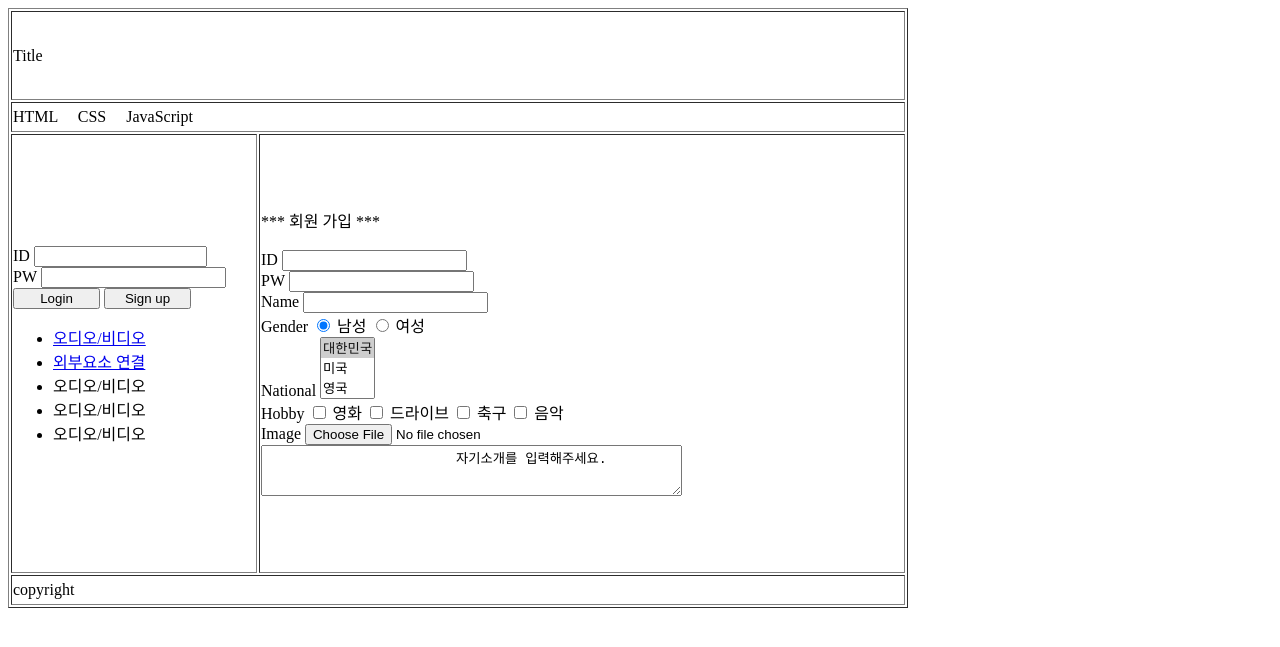
Repository: Hwangjiwon/MultiCampus
Page: http://localhost/2Study/jsp/member_insert.jsp
An editor plug-in stored every save of this project. The page is shown before and after the next save, followed by the edit.
The browser window is 1280 px wide. The pictures show the whole page.
The page is served by Tomcat 9. Other server files are loaded and not shown.

Above is the page before, as saved 2019-05-31 02:28:58.

### 2Study/WebContent/jsp/member_insert.jsp
<%@ page language="java" contentType="text/html; charset=UTF-8"
	pageEncoding="UTF-8"%>

<jsp:include page="header.jsp"></jsp:include>
<jsp:include page="side.jsp"></jsp:include>
<td>

	*** 회원 가입 *** <br> <br>

	<form action = "/2Study/Main?sign=member_insert" method="get">
		ID <input type = "text" name = "id" > <br>
		PW <input type = "text" name = "pw" > <br>
		Name <input type = "text" name = "name"> <br>
		Gender <input type = "radio" name = gender" value = "male" checked /> 남성
			<input type = "radio" name = gender" value = "female" /> 여성 <br>
		National <select name ="country" size="3">
					<option value = "Korea" selected> 대한민국 </option>
					<option value = "USA"> 미국 </option>
					<option value = "UK"> 영국 </option>
					<option value = "Japan"> 일본 </option>
					<option value = "China"> 중국 </option>
				</select> <br>
		Hobby <input type ="checkbox" name = "hobby" value = "movie" /> 영화
			<input type ="checkbox" name = "hobby" value = "drive" /> 드라이브
			<input type ="checkbox" name = "hobby" value = "soccer" /> 축구
			<input type ="checkbox" name = "hobby" value = "music" /> 음악 <br>
		Image <input type = "file" name = "filename" > <br>
		<textarea rows = "3" cols ="50" name ="memo">
			자기소개를 입력해주세요.
		</textarea>

	</form>
</td>
</tr>

<jsp:include page="copyright.jsp"></jsp:include>

### 2Study/WebContent/jsp/header.jsp
<%@ page language="java" contentType="text/html; charset=UTF-8"
	pageEncoding="UTF-8"%>
<!DOCTYPE html>
<html>
<head>
<meta charset="UTF-8">
<title>HOME</title>
</head>
<body>
	<table border="1" width="900" height="600">
		<tr height="15%">
			<td colspan="2">Title</td>
		</tr>
		<tr height="5%">
			<td colspan="2">HTML &nbsp;&nbsp;&nbsp; CSS &nbsp;&nbsp;&nbsp;
				JavaScript</td>
		</tr>

### 2Study/WebContent/jsp/side.jsp
<%@ page language="java" contentType="text/html; charset=UTF-8"
	pageEncoding="UTF-8"%>
<tr>
	<td width="20%">
		<!-- Java code가 들어갈 수 있는 부분 -->
		<%
			String username = (String)session.getAttribute("username");
			if(username != null) { //login_ok
		%>

			${username}님, 환영합니다.

		<form action="/2Study/Main?sign=logout" method="post">
			<input type="submit" value="Logout">
		</form>

		<%
			} else {
		%>
			<!-- 절대경로화 해서 서블릿으로 요청 보내기 -->
			<form style="width: 242px;" method="post" action="/2Study/Main?sign=login">
				ID <input name="id" style="width: 165px;"><br>
				PW <input name="pw" type="password"><br>
					<input type="submit" value="Login" style="width: 87px;">
					<a href = "/2Study/jsp/member_insert.jsp">
						<input type="button" value="Sign up" style="width: 87px;">
					</a>
			</form>

		<%
			}
		%>

		<ul>
			<!-- Context명부터 써줘서 절대경로화! /프로젝트명/... -->
			<li><a href="/2Study/jsp/audio_video.jsp">오디오/비디오</a></li>
			<li><a href="/2Study/jsp/iframe.jsp">외부요소 연결</a></li>
			<li>오디오/비디오</li>
			<li>오디오/비디오</li>
			<li>오디오/비디오</li>
		</ul>
	</td>

### 2Study/WebContent/jsp/copyright.jsp
<%@ page language="java" contentType="text/html; charset=UTF-8"
	pageEncoding="UTF-8"%>

<tr height="5%">
	<td colspan="2">copyright</td>
</tr>
</table>

</body>
</html>

After the next save:
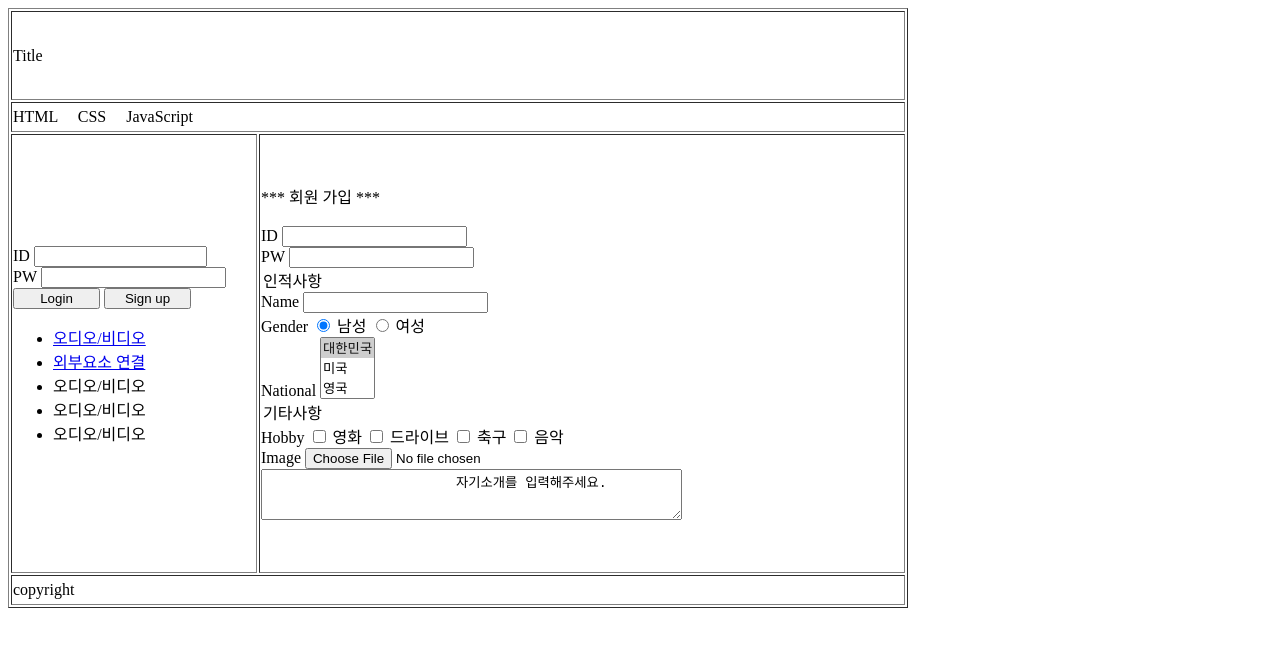
Saved 4 min 1 s later.
--- a/2Study/WebContent/jsp/member_insert.jsp
+++ b/2Study/WebContent/jsp/member_insert.jsp
@@ -8,8 +8,11 @@
 	*** 회원 가입 *** <br> <br>
 
 	<form action = "/2Study/Main?sign=member_insert" method="get">
+
 		ID <input type = "text" name = "id" > <br>
 		PW <input type = "text" name = "pw" > <br>
+		<fildset>
+			<legend>인적사항</legend>
 		Name <input type = "text" name = "name"> <br>
 		Gender <input type = "radio" name = gender" value = "male" checked /> 남성
 			<input type = "radio" name = gender" value = "female" /> 여성 <br>
@@ -20,6 +23,10 @@
 					<option value = "Japan"> 일본 </option>
 					<option value = "China"> 중국 </option>
 				</select> <br>
+		</fildset>
+		<fildset>
+			<legend>기타사항</legend>
+
 		Hobby <input type ="checkbox" name = "hobby" value = "movie" /> 영화
 			<input type ="checkbox" name = "hobby" value = "drive" /> 드라이브
 			<input type ="checkbox" name = "hobby" value = "soccer" /> 축구
@@ -28,6 +35,7 @@
 		<textarea rows = "3" cols ="50" name ="memo">
 			자기소개를 입력해주세요.
 		</textarea>
+		</fildset>
 
 	</form>
 </td>
